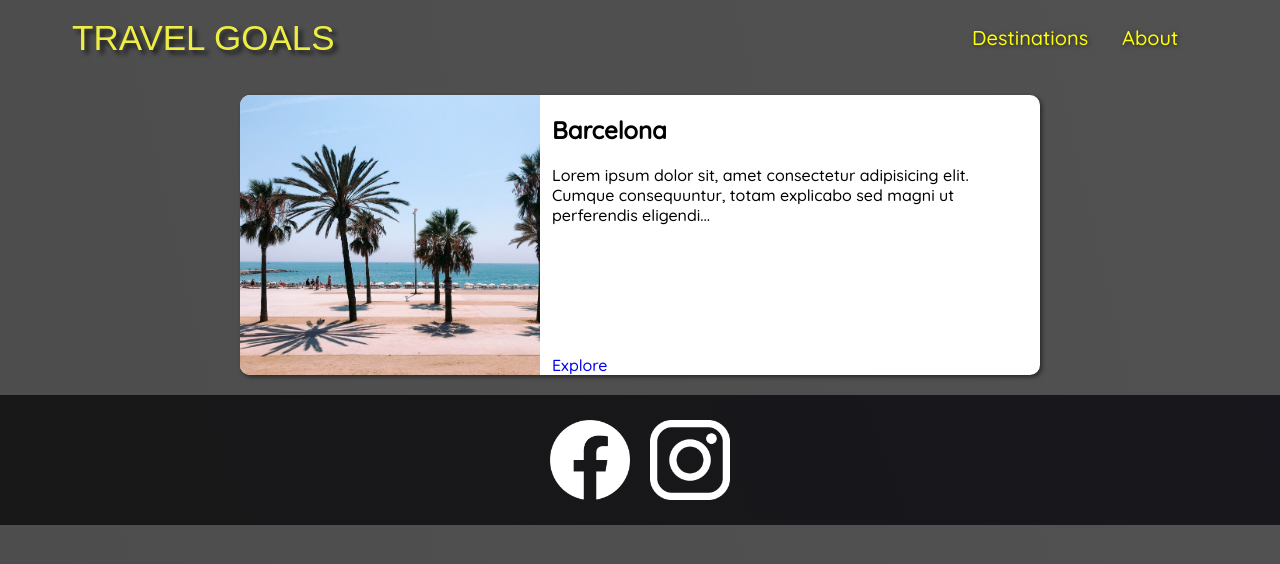
Repository: MicTomm/Travel-Goals
Page: places.html
An editor plug-in stored every save of this project. The page is shown before and after the next save, followed by the edit.
The browser window is 1280 px wide. The pictures show the whole page.
Some web fonts or font styles are not loaded; a fallback is used.

Above is the page before, as saved 2023-06-08 20:47:06.

### places.html
<!DOCTYPE html>
<html lang="it">

<head>
    <meta charset="UTF-8">
    <title>Travel Goals</title>
    <link rel="stylesheet"
        href="https://fonts.googleapis.com/css2?family=Raleway:wght@700&family=Oleo+Script:wght@700&family=Quicksand:wght@300;500&display=swap">
    <link href="/styles/shared.css" rel="stylesheet">
    <link href="/styles/places.css" rel="stylesheet">
</head>

<body>
    <header>
        <div id="logo">
            <a href="/index.html">Travel Goals</a>
        </div>
        <nav>
            <ul>
                <li><a href="/places.html">Destinations</a></li>
                <li><a href="">About</a></li>
            </ul>
        </nav>
    </header>
    <main>
        <ul>
            <li>
                <img src="images/places/barcelona.jpg" alt="Barcelona">
                <div class="card-content">
                    <div>
                        <h2>Barcelona</h2>
                        <p>Lorem ipsum dolor sit, amet consectetur adipisicing elit. Cumque consequuntur, totam
                            explicabo sed magni ut perferendis eligendi...</p>
                    </div>
                    <div class="card-link">
                        <a href="https://en.wikipedia.org/wiki/Barcelona">Explore</a>
                    </div>
                </div>
            </li>
        </ul>
    </main>
    <footer>
        <ul>
            <li>
                <a href="https://www.facebook.com/" title="facebook">
                    <img src="/images/icons/facebook.png" alt="facebook-icon">
                </a>
            </li>
            <li>
                <a href="https://www.instagram.com/" title="instagram">
                    <img src="/images/icons/insta.png" alt="instagram-icon">
                </a>
            </li>
    </footer>
</body>

</html>

### styles/shared.css
body {
    margin: 0px;
    font-family: 'Quicksand', sans-serif;
}

ul {
    list-style: none;
    padding: 0px;
    margin: 0px;
}

header {
    display: flex;
    justify-content: space-between;
    align-items: center;
    padding: 15px 60px;
    position: absolute;
    width: 100%;
    top: 0;
    left: 0;
    box-sizing: border-box;
}

header ul {
    margin: 10px;
    display: flex;
    justify-content: space-between;
    width: 250px;
}

header li {
    width: 100px;
}

header a {
    color: yellow;
    text-decoration: none;
    font-size: 20px;
    padding: 12px;
    text-shadow: 1px 1px 4px rgba(0, 0, 0, 0.5);
}

header a:hover {
    background-color: yellow;
    box-shadow: 2px 2px 4px rgba(0, 0, 0, 0.5);
    color: rgb(67, 60, 60);
    text-shadow: 1px 1px 2px rgb(0, 0, 0, 0.5);
    border-radius: 8px;
}

footer{
    background: linear-gradient(70deg, rgb(24, 24, 24), rgb(23, 23, 29));
    padding: 25px;
}

footer ul{
    display: flex;
    justify-content: center;
}

footer li{
    width: 80px;
    height: 80px;
    margin: 0px 10px;
}

footer img{
    width: 100%;
    height: 100%;
}

#logo a {
    font-family: 'Oleo script', sans-serif;
    font-size: 35px;
    text-decoration: none;
    color: rgb(237, 237, 70);
    text-shadow: 4px 4px 4px rgb(31, 29, 29);
    text-transform: uppercase;
}

#logo a:hover {
    background-color: transparent;

}

### styles/places.css
body {
    background: linear-gradient(77deg, rgb(77, 77, 77), rgb(81, 81, 81));
}

/*
    position: static sovrascrive il comportamento impostato per l'header nel file shared.css, al fine
    di evitare la sovrapposizione delle prime card sull'header
*/
header {
    position: static;
}

main ul {
    width: 800px;
    margin: 20px auto;
}

main li {
    display: flex;
    background-color: white;
    border-radius: 10px;
    overflow: hidden;
    box-shadow: 2px 2px 4px rgba(0, 0, 0, 0.5);
}

main li img {
    height: 280px;
    width: 300px;
    object-fit: cover;
}

.card-content{
    margin: 0px 12px;
    display: flex;
    flex-direction: column;
    justify-content: space-between;

}

.card-link a{
    text-decoration: none;
    justify-content: right;


}

After the next save:
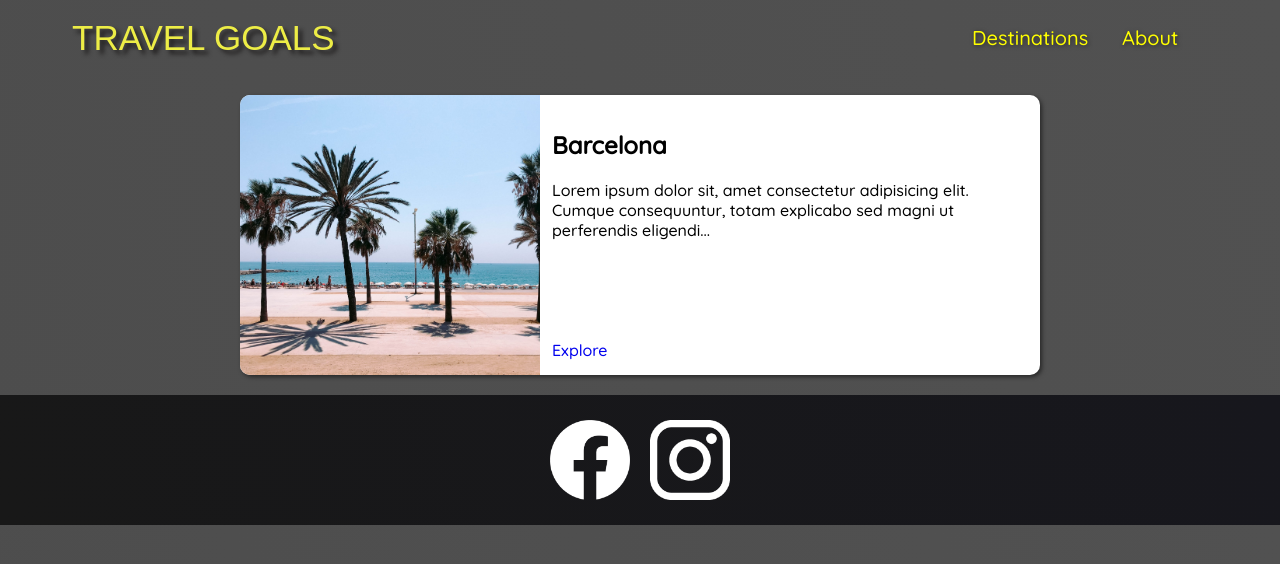
Saved 71 s later.
--- a/styles/places.css
+++ b/styles/places.css
@@ -31,6 +31,7 @@ main li img {
 
 .card-content{
     margin: 0px 12px;
+    padding: 15px 0px;
     display: flex;
     flex-direction: column;
     justify-content: space-between;
